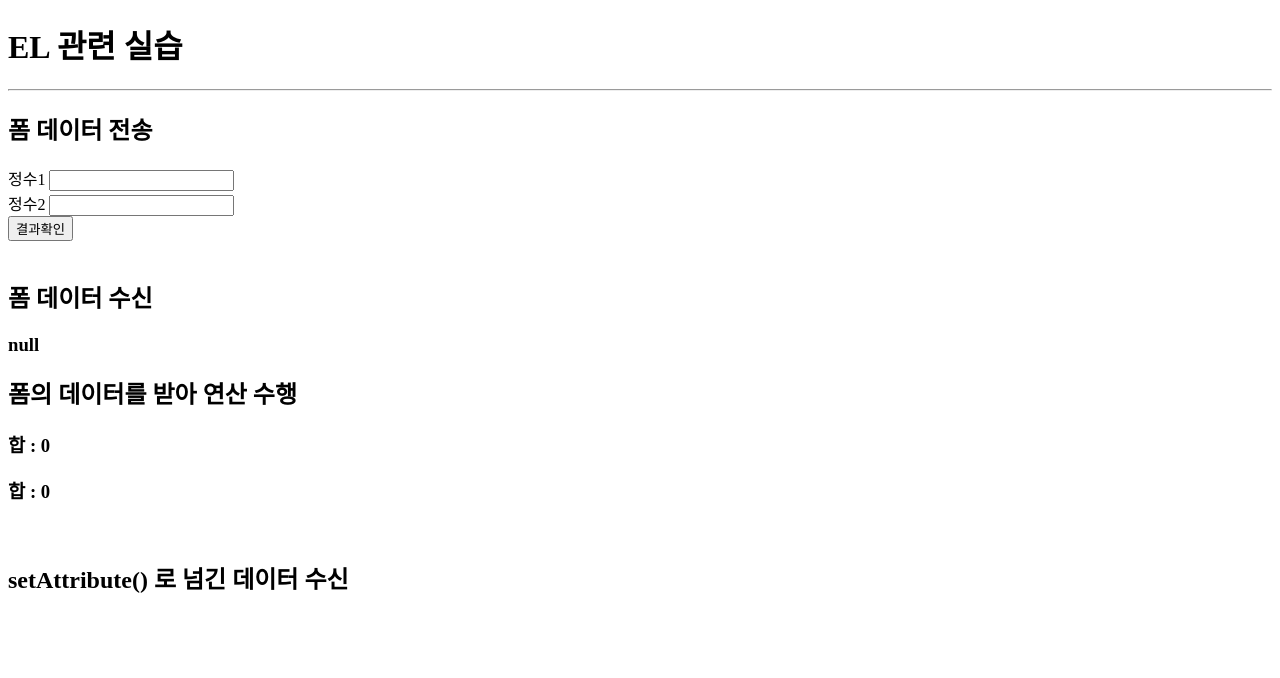
Repository: hyyrim/WebStudy
Page: http://localhost/WebApp22/Test01.jsp
An editor plug-in stored every save of this project. The page is shown before and after the next save, followed by the edit.
The browser window is 1280 px wide. The pictures show the whole page.
The page is served by Tomcat 9. Other server files are loaded and not shown.

Above is the page before, as saved 2021-05-26 05:05:46.

### WebApp22/WebContent/Test01.jsp
<%@ page contentType="text/html; charset=UTF-8"%>
<%@ taglib prefix="c" uri="http://java.sun.com/jsp/jstl/core"%>
<%
	request.setCharacterEncoding("UTF-8");
	String cp = request.getContextPath();
%>
<%
	request.setAttribute("result", "박나현테스트");

%>

<!DOCTYPE html>
<html>
<head>
<meta charset="UTF-8">
<title>Test01.jsp</title>
</head>
<body>


<div>
	<h1>EL 관련 실습</h1>
	<hr>
</div>

<div>
	<h2>폼 데이터 전송</h2>
	<form action="" method="post"> <!-- 자기자신에게 submit -->
		정수1 <input type="text" name="su1"><br>
		정수2 <input type="text" name="su2"><br>
		<button type="submit">결과확인</button>
	</form>
</div>

<br>

<div>
	<h2>폼 데이터 수신</h2>

	<!-- 폼의 데이터를 수신하는 방법 1 (기존 방법) -->
	<h3><%=request.getParameter("su1") %></h3>

	<!-- 폼의 데이터를 수신하는 방법 2 (EL 사용) -->
	<h3>${param.su2 }</h3>

</div>

<div>
	<h2>폼의 데이터를 받아 연산 수행</h2>

	<!-- 폼의 데이터를 수신하여 연산을 수행하는 방법 1 (기존 방법) -->
	<%
		String s1str = request.getParameter("su1");
		String s2str = request.getParameter("su2");
		int s = 0;

		int s1;
		int s2;

		if(s1str != null && s2str != null)
		{
			s1 = Integer.parseInt(s1str);
			s2 = Integer.parseInt(s2str);
			s = s1 + s2;
		}
	%>
	<h3>합 : <%=s %></h3>

	<!-- 폼의 데이터를 수신하여 연산을 수행하는 방법 2 (EL 사용) -->
	<h3>합 : ${param.su1 + param.su2}</h3>
	<!-- → 파라미터 수신도 알아서…  -->
	<!-- → 필요한 캐스팅도 알아서 자동으로 수행…  -->
	<!-- → null을 대하는 방식 check~!!(유연하다)  -->

</div>

<br>

<div>
	<h2>setAttribute() 로 넘긴 데이터 수신</h2>



</div>


</body>
</html>

After the next save:
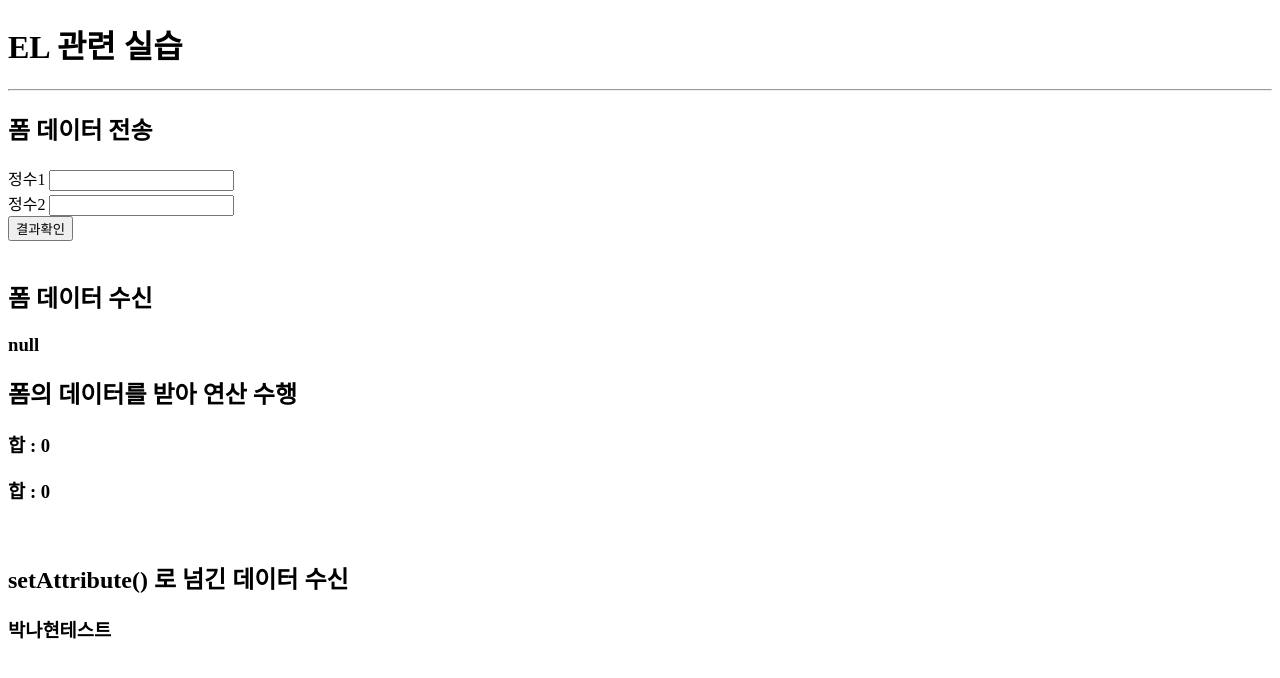
Saved 79 s later.
--- a/WebApp22/WebContent/Test01.jsp
+++ b/WebApp22/WebContent/Test01.jsp
@@ -79,7 +79,11 @@
 <div>
 	<h2>setAttribute() 로 넘긴 데이터 수신</h2>
 
+	<!-- setAttribute() 로 넘긴 데이터를 수신하는 방법 1 (기존 방법) -->
+	<!-- getAttribute() 활용 -->
+	<h3><%=request.getAttribute("result") %></h3>
 
+	<!-- setAttribute() 로 넘긴 데이터를 수신하는 방법 2 (기존 방법) -->
 
 </div>
 
